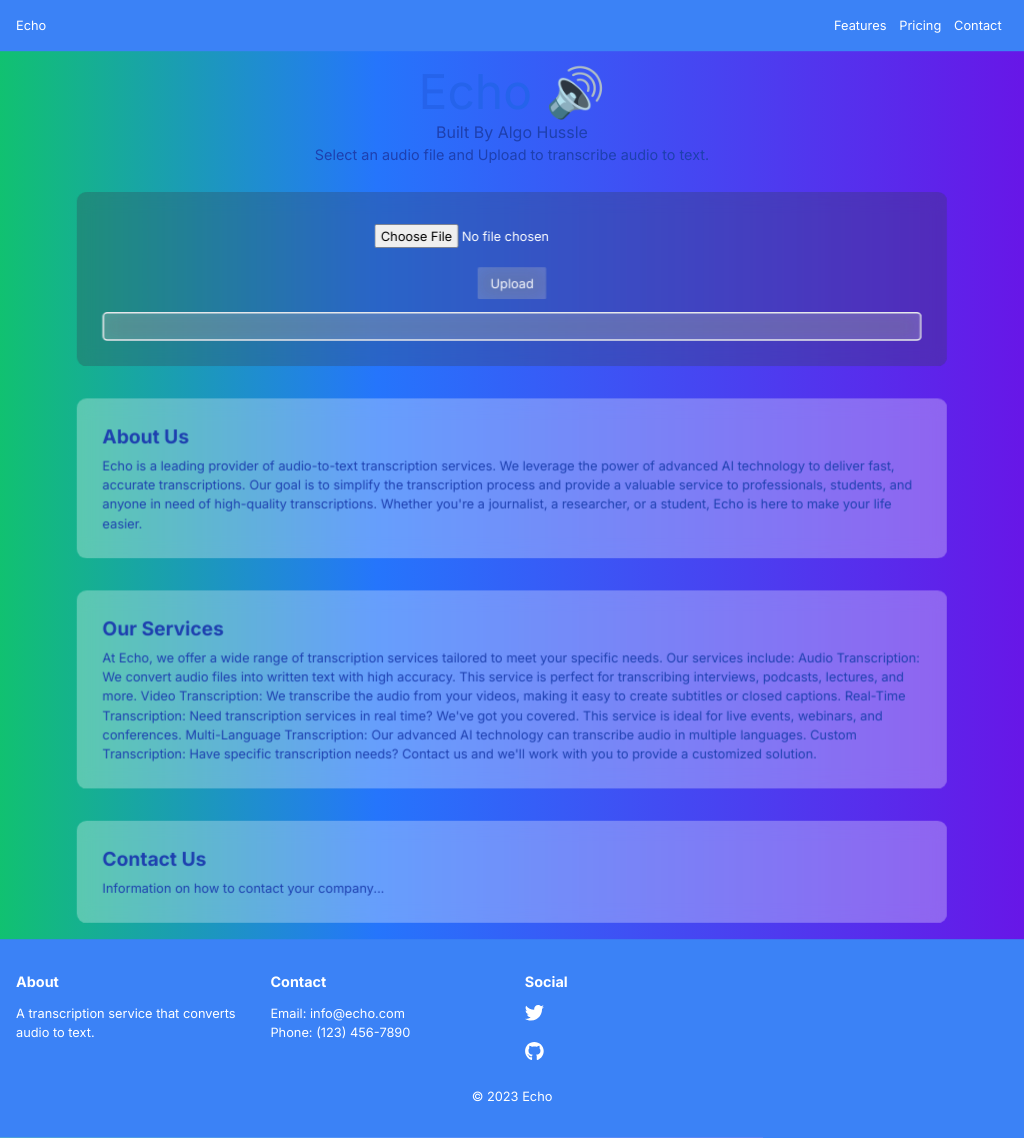
Repository: MikeeBuilds/whisperer
Page: /
These files come from the project's save history. The page is drawn as it stood at one moment and after the next save; the edit follows.
The browser window is 1280 px wide. The pictures show the whole page, at 80% of full size.
The project was rebuilt for these pictures with package versions that can differ from the ones it lists, and the page was loaded fresh each time. The framework's server and built-in components were replaced by stand-ins that run in the browser. Also part of the build but not shown: next.config.js.

Above is the page before, as saved 2023-06-26 19:13:20.

After the next save:
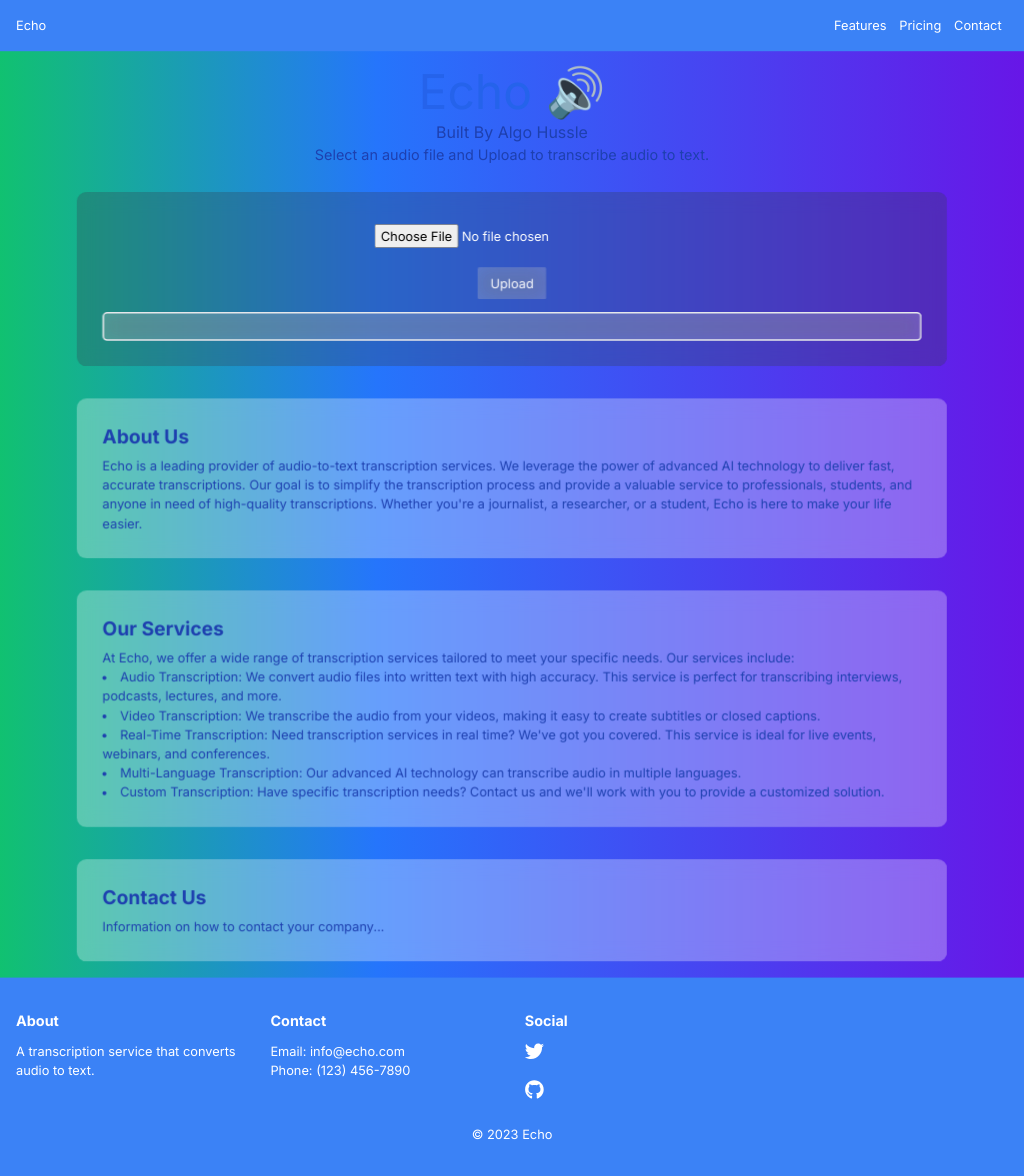
Saved 60 s later.
--- a/src/app/page.tsx
+++ b/src/app/page.tsx
@@ -88,15 +88,16 @@ export default function Home() {
         <section id="services" className="mt-10 bg-white bg-opacity-30 rounded-xl p-8 backdrop-blur-md">
           <h2 className="text-blue-800 text-2xl font-bold mb-2">Our Services</h2>
           <p className="text-blue-800">
-          At Echo, we offer a wide range of transcription services tailored to meet your specific needs. Our services include:
+  At Echo, we offer a wide range of transcription services tailored to meet your specific needs. Our services include:
+</p>
+<ul className="list-disc list-inside text-blue-800">
+  <li>Audio Transcription: We convert audio files into written text with high accuracy. This service is perfect for transcribing interviews, podcasts, lectures, and more.</li>
+  <li>Video Transcription: We transcribe the audio from your videos, making it easy to create subtitles or closed captions.</li>
+  <li>Real-Time Transcription: Need transcription services in real time? We've got you covered. This service is ideal for live events, webinars, and conferences.</li>
+  <li>Multi-Language Transcription: Our advanced AI technology can transcribe audio in multiple languages.</li>
+  <li>Custom Transcription: Have specific transcription needs? Contact us and we'll work with you to provide a customized solution.</li>
+</ul>
 
-Audio Transcription: We convert audio files into written text with high accuracy. This service is perfect for transcribing interviews, podcasts, lectures, and more.
-Video Transcription: We transcribe the audio from your videos, making it easy to create subtitles or closed captions.
-Real-Time Transcription: Need transcription services in real time? We've got you covered. This service is ideal for live events, webinars, and conferences.
-Multi-Language Transcription: Our advanced AI technology can transcribe audio in multiple languages.
-Custom Transcription: Have specific transcription needs? Contact us and we'll work with you to provide a customized solution.
-
-          </p>
         </section>
 
         <section id="contact" className="mt-10 bg-white bg-opacity-30 rounded-xl p-8 backdrop-blur-md">
